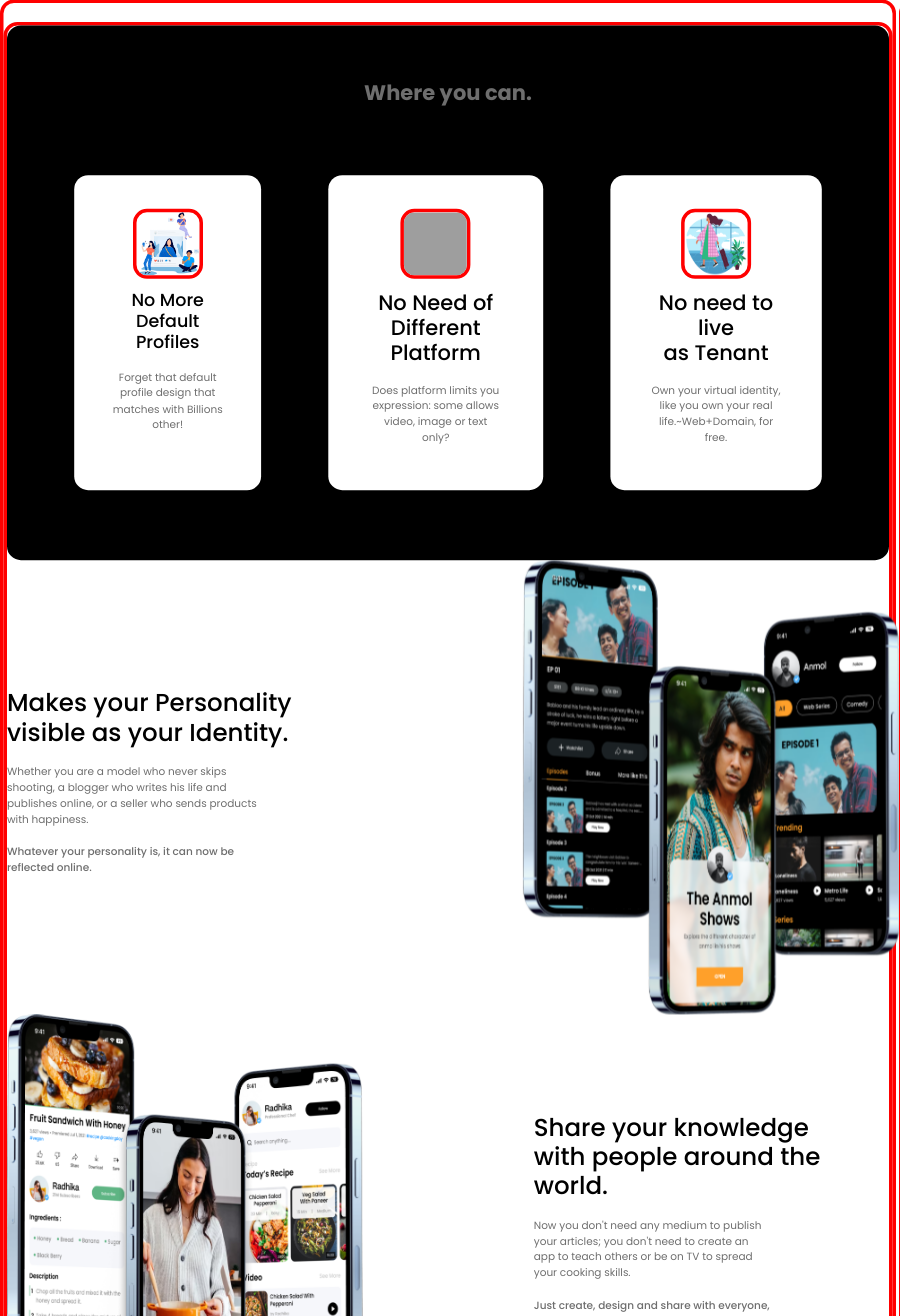
Repository: itsmesikandar/swavy.in.github.io
Page: index.html
An editor plug-in stored every save of this project. The page is shown before and after the next save, followed by the edit.
The browser window is 1280 px wide. The page is 1285 px wide, so the pictures cover 1285 px, including what lies to the right of the window. The pictures show the part of the page from y = 746 to 2626 px (the page is 5044 px tall before and 5017 px after), at 70% of full size.
Pictures or frames that could not be fetched are drawn as grey boxes.

Above is the page before, as saved 2023-02-22 22:34:49.
Console error: TypeError: Cannot read properties of undefined (reading 'fn')

After the next save:
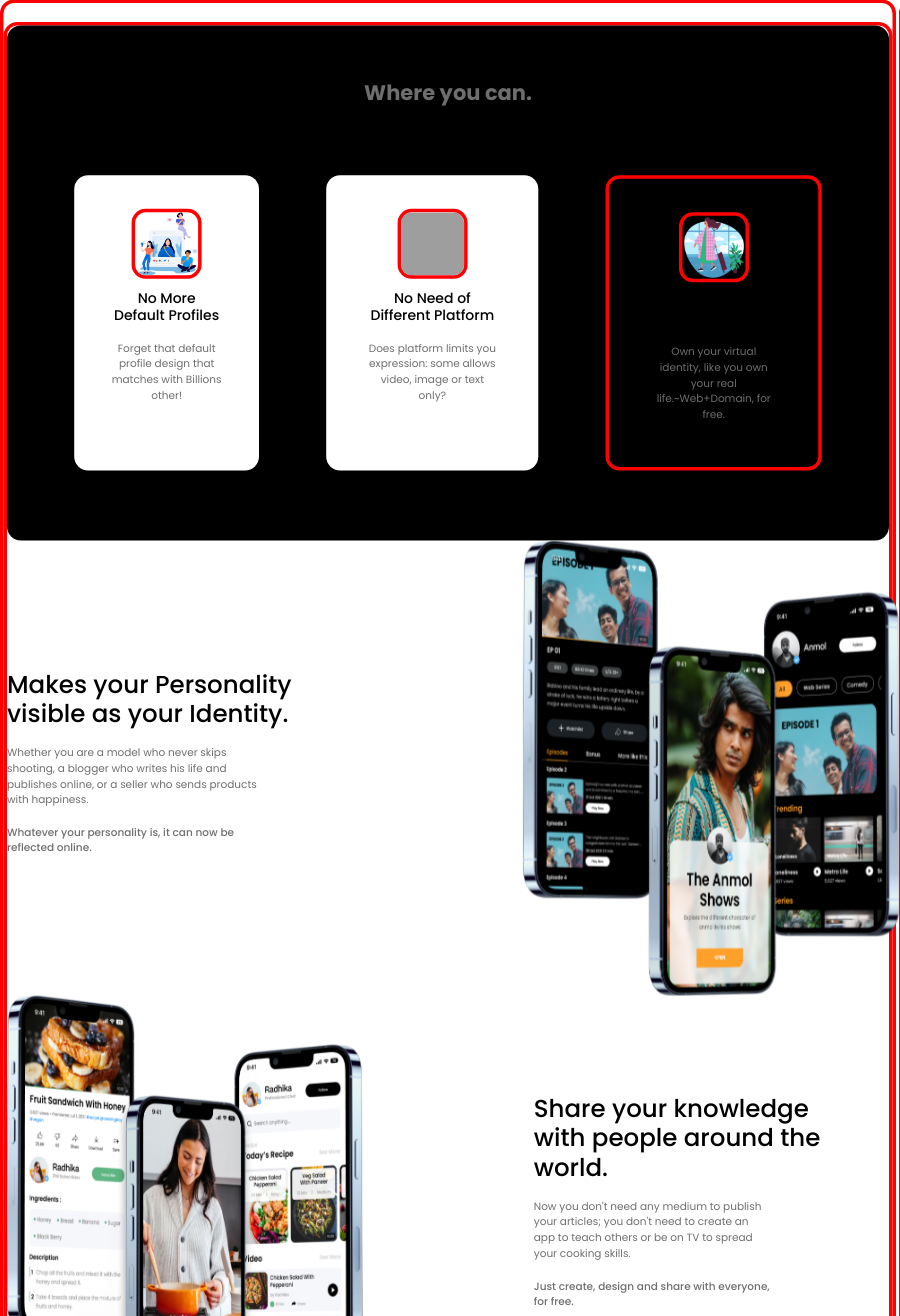
Saved 59 s later.
--- a/index.html
+++ b/index.html
@@ -78,22 +78,22 @@
               <div class="grid-margin d-flex justify-content-center bg_color_white mx-5">
                 <div class="features-width text-center py-5">
                   <img class="border-to" src="images/nomore.png" width="100" height="100" alt="" class="img-icons">
-                  <h4 class="py-3">No More<br>Default Profiles</h4>
+                  <h5 class="py-3">No More<br>Default Profiles</h5>
                   <p class="text-muted">Forget that default profile design that matches with Billions other!</p>
                 </div>
               </div>
               <div class="grid-margin d-flex justify-content-center bg_color_white mx-5">
                 <div class="features-width text-center py-5">
                   <img class="border-to" src="images/noplatform.jpg" width="100" height="100" alt="" class="img-icons">
-                  <h3 class="py-3">No Need of<br>Different Platform</h3>
+                  <h5 class="py-3">No Need of<br>Different Platform</h5>
                   <p class="text-muted">Does platform limits you expression: some allows video, image or text only?
                   </p>
                 </div>
               </div>
-              <div class="grid-margin d-flex justify-content-center bg_color_white mx-5">
+              <div class="grid-margin d-flex justify-content-center border-to mx-5">
                 <div class="features-width text-center py-5">
                   <img class="border-to" src="images/tenent.png" width="100" height="100" alt="" class="img-icons">
-                  <h3 class="py-3">No need to live<br>as Tenant</h3>
+                  <h5 class="py-3">No need to live<br>as Tenant</h5>
                   <p class="text-muted">Own your virtual identity, like you own your real life.~Web+Domain, for free.</p>
                 </div>
               </div>
